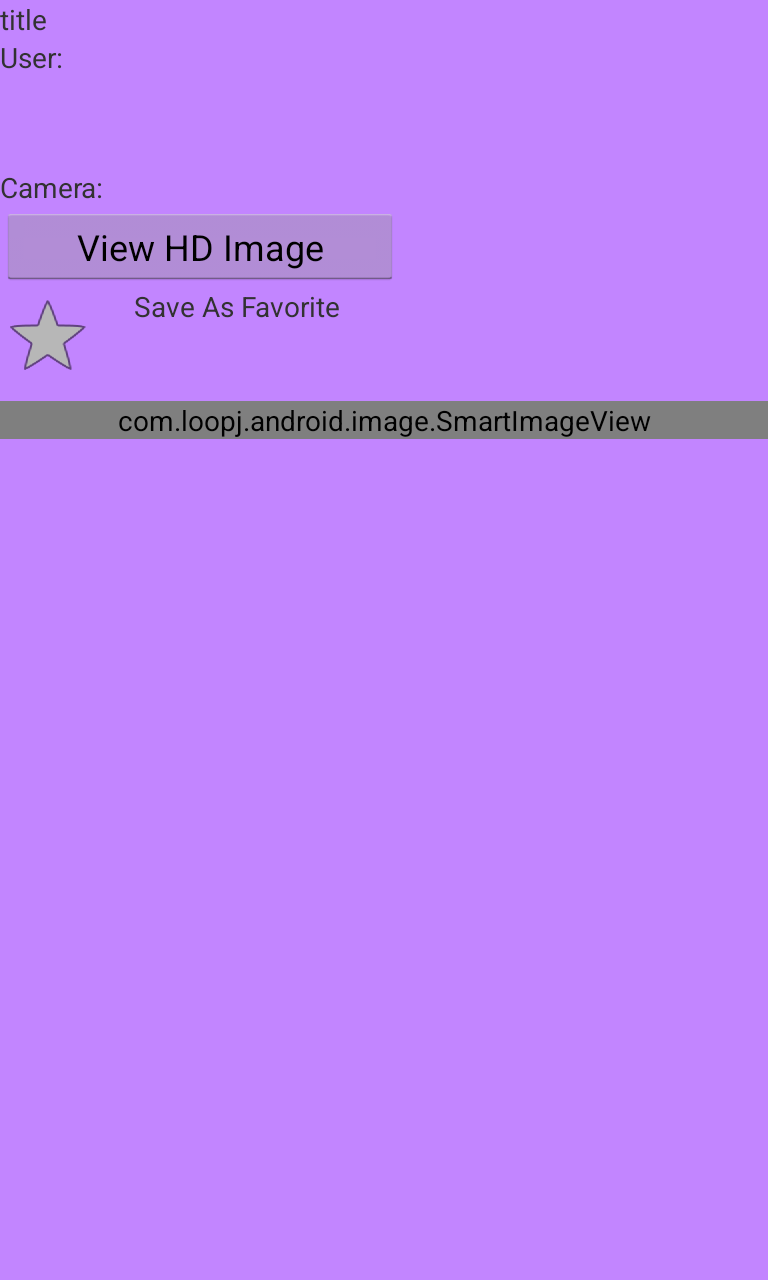
Repository: arianaantonio/Java2_Antonio
Layout: SpaceImageViewer/res/layout/details_activity.xml
The author's editor kept a copy of each file at every save. The layout is drawn from the files as they stood at one save, then again after the next save.
Pictures or frames that could not be fetched are drawn as grey boxes. It is drawn on a 768 x 1280 px phone screen (xhdpi) without system bars, with theme AppTheme; the app's code is not run.

Above is the layout before, as saved 2014-07-31 05:16:51.

### SpaceImageViewer/res/layout/details_activity.xml
<?xml version="1.0" encoding="utf-8"?>
<LinearLayout xmlns:android="http://schemas.android.com/apk/res/android"
    android:layout_width="match_parent"
    android:layout_height="match_parent"
    android:background="@color/Purple"
    android:orientation="vertical" >

    <TextView
        android:id="@+id/title"
        android:layout_width="wrap_content"
        android:layout_height="wrap_content"
        android:layout_weight="0.00"
        android:text="title" />

    <LinearLayout
        android:id="@+id/linearLayout1"
        android:layout_width="245dp"
        android:layout_height="22dp"
        android:orientation="horizontal" >

        <TextView
            android:id="@+id/user"
            android:layout_width="45dp"
            android:layout_height="38dp"
            android:layout_gravity="center_horizontal"
            android:layout_marginBottom="25dp"
            android:layout_marginTop="30dp"
            android:text="@string/userString" />

        <TextView
            android:id="@+id/userName"
            android:layout_width="fill_parent"
            android:layout_height="wrap_content"
            android:text="" />
    </LinearLayout>

    <LinearLayout
        android:id="@+id/linearLayout2"
        android:layout_width="287dp"
        android:layout_height="wrap_content"
        android:layout_marginTop="43dp"
        android:orientation="horizontal" >

        <TextView
            android:id="@+id/camera"
            android:layout_width="wrap_content"
            android:layout_height="wrap_content"
            android:layout_weight="0.88"
            android:text="@string/cameraString" />

        <TextView
            android:id="@+id/cameraType"
            android:layout_width="wrap_content"
            android:layout_height="wrap_content"
            android:layout_weight="7.80"
            android:text="" />
    </LinearLayout>

    <Button
        android:id="@+id/button1"
        android:layout_width="wrap_content"
        android:layout_height="wrap_content"
        android:layout_weight="0.00"
        android:minHeight="35dp"
        android:text="@string/HDbutton"
        android:width="200dp" />

    <LinearLayout
        android:id="@+id/linearLayout3"
        android:layout_width="match_parent"
        android:layout_height="wrap_content"
        android:layout_weight="0.00"
        android:orientation="horizontal" >

        <RatingBar
            android:id="@+id/ratingBar"
            android:layout_width="wrap_content"
            android:layout_height="wrap_content"
            android:numStars="1"
            android:rating="0.0"
            android:stepSize="1.0" />

        <TextView
            android:id="@+id/textView1"
            android:layout_width="wrap_content"
            android:layout_height="wrap_content"
            android:layout_marginLeft="19dp"
            android:text="@string/favorite" />
    </LinearLayout>

    <com.loopj.android.image.SmartImageView
        android:id="@+id/my_image"
        android:layout_width="match_parent"
        android:layout_height="wrap_content"
        android:visibility="visible" />

</LinearLayout>

### SpaceImageViewer/res/values/strings.xml
<?xml version="1.0" encoding="utf-8"?>
<resources>

    <string name="app_name">Space Image Viewer</string>
    <string name="action_settings">Settings</string>
    <string name="textview_text">List of images of spiral galaxies</string>
    <string name="detail_view">Details:</string>
    <string name="Description">Image View</string>
    <color name="Purple">#C285FF</color>
    <color name="Grey">#D8D8D8</color>
    <color name="Aqua">#99FFFF</color>
    <string name="userString">User:</string>
    <string name="cameraString">Camera:</string>
    <string name="HDbutton">View HD Image</string>
    <string name="detailactivity">Details Activity</string>
    <string name="favorite">Save As Favorite</string>
    <string name="preferences">Preferences</string>
    <string name="search">Search</string>
    <string name="favorites">Favorites:</string>
    <string name="search_hint">Search for title or username</string>
    <string-array name="background_colors">
        <item>Blue</item>
        <item>Green</item>
        <item>Purple</item>
        <item>Pink</item>
        <item>Brown</item>
    </string-array>
    <color name="Blue">#0E15E3</color>
    <color name="Green">#30A307</color>
    <color name="Pink">#E30EB1</color>
    <color name="Brown">#75350B</color>
    <string name="favoritesactivity">Favorites Activity</string>
    <string name="textview_hint">Enter a new list title</string>


</resources>

Loaded but not shown: SpaceImageViewer/res/values/styles.xml (common file); SpaceImageViewer/res/values-v11/styles.xml (common file); SpaceImageViewer/res/values-v14/styles.xml (common file)

After the next save:
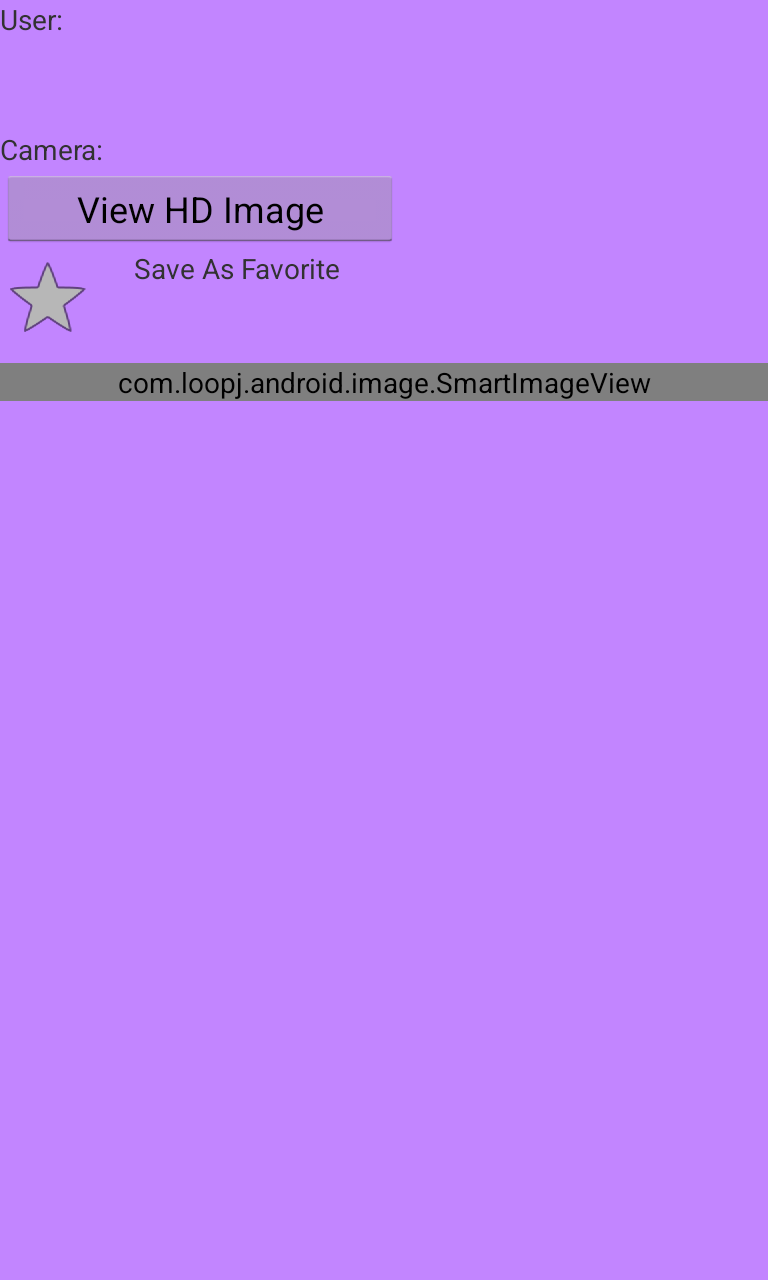
Saved 47 s later.
--- a/SpaceImageViewer/res/layout/details_activity.xml
+++ b/SpaceImageViewer/res/layout/details_activity.xml
@@ -4,13 +4,14 @@
     android:layout_height="match_parent"
     android:background="@color/Purple"
     android:orientation="vertical" >
-
-    <TextView
-        android:id="@+id/title"
-        android:layout_width="wrap_content"
-        android:layout_height="wrap_content"
-        android:layout_weight="0.00"
-        android:text="title" />
+	<RelativeLayout >
+	    <TextView
+	        android:id="@+id/title"
+	        android:layout_width="wrap_content"
+	        android:layout_height="wrap_content"
+	        android:layout_weight="0.00"
+	        android:text="title" />
+    </RelativeLayout>
 
     <LinearLayout
         android:id="@+id/linearLayout1"
